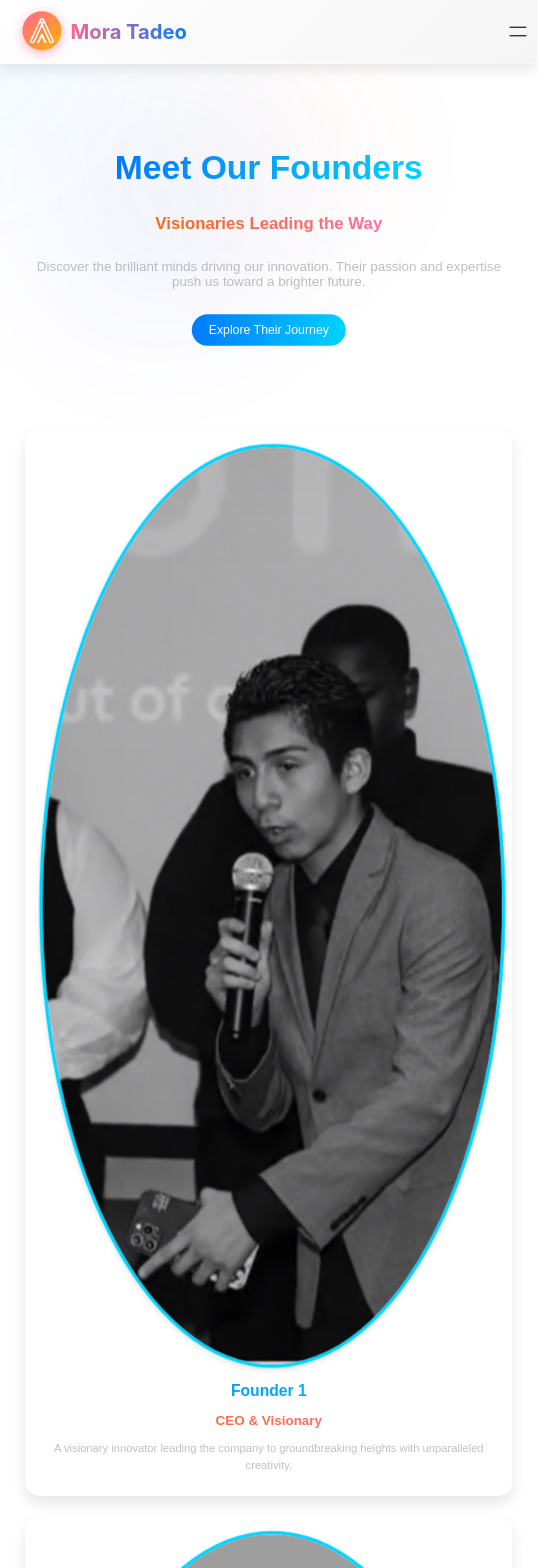
Repository: AbrahamM007/moratadeo
Page: /founders
The author's editor kept a copy of each file at every save. The page is drawn from the files as they stood at one save, then again after the next save.
The browser window is 768 px wide. The pictures show the part of the page from y = 0 to 2240 px (the page is 3731 px tall before and 1368 px after), at 70% of full size.
Pictures or frames that could not be fetched are drawn as grey boxes. The project was rebuilt for these pictures with package versions that can differ from the ones it lists, and the page was loaded fresh each time. Also part of the build but not shown: src/HeroSection.css, src/HeroSection.js, src/InfoSection.css, src/InfoSection.js, src/RoadmapSection.css, src/RoadmapSection.js, src/DesignPhaseSection.js, src/HeroBanner.js and 6 more.

Above is the page before, as saved 2025-01-12 22:40:52.

### public/index.html
<!DOCTYPE html>
<html lang="en">
  <head>
    <meta charset="utf-8" />
    <link rel="icon" href="mora.png" />
    <meta name="viewport" content="width=device-width, initial-scale=1" />
    <meta name="theme-color" content="#000000" />

    <link rel="apple-touch-icon" href="mora.png" />
    <link rel="manifest" href="%PUBLIC_URL%/manifest.json" />

    <!-- SEO Meta Tags -->
    <meta name="title" content="Mora Tadeo | Development Firm" />
    <meta name="description" content="Mora Tadeo is a leading development firm offering cutting-edge solutions in web development, app design, and technology innovation to elevate your business." />
    <meta name="keywords" content="development firm, web development, app design, Mora Tadeo, software solutions, technology innovation" />
    <meta name="author" content="Mora Tadeo" />
    <meta name="robots" content="index, follow" />
    <meta name="googlebot" content="index, follow" />

    <!-- Open Graph Meta Tags (for social sharing) -->
    <meta property="og:type" content="website" />
    <meta property="og:url" content="https://moratadeo.com" />
    <meta property="og:title" content="Mora Tadeo | Development Firm" />
    <meta property="og:description" content="Discover innovative web and app development solutions with Mora Tadeo. Your trusted partner in driving technology forward." />
    <meta property="og:image" content="https://moratadeo.com/preview-image.png" />
    <meta property="og:site_name" content="Mora Tadeo" />

    <!-- Twitter Card Meta Tags -->
    <meta name="twitter:card" content="summary_large_image" />
    <meta name="twitter:url" content="https://moratadeo.com" />
    <meta name="twitter:title" content="Mora Tadeo | Development Firm" />
    <meta name="twitter:description" content="Mora Tadeo offers state-of-the-art development services to bring your business ideas to life. Partner with us for tailored solutions." />
    <meta name="twitter:image" content="https://moratadeo.com/preview-image.png" />

    <!-- Additional Metadata -->
    <meta name="msapplication-TileColor" content="#ffffff" />
    <meta name="msapplication-config" content="%PUBLIC_URL%/browserconfig.xml" />

    <!-- Title -->
    <title>Mora Tadeo | Development Firm</title>
  </head>
  <body>
    <noscript>You need to enable JavaScript to run this app.</noscript>
    <div id="root"></div>
  </body>
</html>

### src/Navbar.css
/* Navbar Container */
.navbar {
    display: flex;
    justify-content: space-between;
    align-items: center;
    padding: 1rem 2rem;
    background: linear-gradient(135deg, #ffffff, #f5f5f5);
    box-shadow: 0 8px 20px rgba(0, 0, 0, 0.1);
    position: sticky;
    top: 0;
    z-index: 1000; /* Ensures navbar stays on top */
    transition: all 0.3s ease;
    border-bottom: 3px solid transparent;
  }

  /* Navbar on Scroll */
  .navbar.scrolled {
    background: #ffffff; /* Plain white background on scroll */
    box-shadow: 0 8px 25px rgba(0, 0, 0, 0.2);
    border-bottom: 3px solid #ddd; /* Subtle border for scroll effect */
    transform: scale(1.01);
  }

  /* Logo Link */
  .navbar-logo-link {
    display: flex;
    align-items: center;
    text-decoration: none; /* Removes underline */
    cursor: pointer;
  }

  /* Logo Container */
  .navbar-logo-container {
    display: flex;
    align-items: center;
    gap: 0.8rem;
  }

  /* Logo Icon */
  .navbar-logo-icon {
    display: flex;
    align-items: center;
    justify-content: center;
    background: linear-gradient(135deg, #ff6491, #ffb400);
    color: #fff;
    font-size: 2rem;
    font-weight: bold;
    height: 3.5rem;
    width: 3.5rem;
    border-radius: 50%;
    box-shadow: 0 4px 15px rgba(255, 100, 145, 0.5);
    transition: transform 0.3s ease;
  }

  .navbar-logo-icon:hover {
    transform: rotate(360deg) scale(1.1);
  }

  /* Logo Text */
  .navbar-logo-text {
    font-size: 1.8rem;
    font-weight: 700;
    color: #333;
    background: linear-gradient(90deg, #ff6491, #007bff);
    -webkit-background-clip: text;
    -webkit-text-fill-color: transparent;
  }

  /* Logo Hover Effect */
  .navbar-logo-link:hover .navbar-logo-container {
    transform: scale(1.05);
    transition: transform 0.3s ease;
  }

  /* Navbar Menu */
  .navbar-menu {
    display: flex;
    gap: 1.5rem;
    transition: transform 0.3s ease, opacity 0.3s ease;
  }

  /* Menu Links */
  .navbar-menu a {
    font-size: 1rem;
    font-weight: 500;
    text-decoration: none; /* Removes underline */
    color: #555;
    padding: 0.5rem 1rem;
    position: relative;
    transition: all 0.3s ease;
  }

  .navbar-menu a:hover {
    color: #ff6491;
  }

  .navbar-menu a::after {
    content: "";
    position: absolute;
    bottom: -5px;
    left: 0;
    width: 0;
    height: 3px;
    background: linear-gradient(90deg, #ff6491, #ffb400);
    transition: width 0.3s ease;
  }

  .navbar-menu a:hover::after {
    width: 100%;
  }

  /* Highlight Link */
  .navbar-highlight {
    font-weight: bold;
    padding: 0.8rem 1.5rem;
    color: #fff;
    background: linear-gradient(135deg, #ff6491, #ffb400);
    border-radius: 50px;
    box-shadow: 0 4px 15px rgba(255, 100, 145, 0.4);
    transition: transform 0.3s ease, background 0.3s ease;
  }

  .navbar-highlight:hover {
    transform: scale(1.1);
    background: linear-gradient(135deg, #ffb400, #ff6491);
  }

  /* Hamburger Menu */
  .navbar-toggle {
    display: none;
    background: none;
    border: none;
    cursor: pointer;
    padding: 0.5rem;
    z-index: 11;
  }

  .hamburger {
    width: 1.5rem;
    height: 2px;
    background: #333;
    position: relative;
    transition: all 0.3s ease;
  }

  .hamburger::before,
  .hamburger::after {
    content: "";
    width: 1.5rem;
    height: 2px;
    background: #333;
    position: absolute;
    left: 0;
    transition: all 0.3s ease;
  }

  .hamburger::before {
    top: -6px;
  }

  .hamburger::after {
    top: 6px;
  }

  .hamburger.open {
    background: transparent;
  }

  .hamburger.open::before {
    transform: rotate(45deg);
    top: 0;
  }

  .hamburger.open::after {
    transform: rotate(-45deg);
    top: 0;
  }
  .navbar-logo-image {
    height: 2.3rem; /* Adjust size to match your design */
    width: 2.3rem;
    /* border-radius: 50%; Optional: Make it circular */
    object-fit: cover; /* Ensures the image scales correctly */

    transition: transform 0.3s ease;
  }

  .navbar-logo-image:hover {
    transform: scale(1.1); /* Slight zoom on hover */
  }


  /* Responsive Menu */
  @media (max-width: 768px) {
    .navbar-menu {
      flex-direction: column;
      position: absolute;
      top: 100%;
      right: 0;
      background: linear-gradient(135deg, #ffffff, #f5f5f5);
      border-radius: 10px;
      box-shadow: 0 8px 20px rgba(0, 0, 0, 0.1);
      transform: translateY(-200%);
      opacity: 0;
      visibility: hidden;
      transition: transform 0.3s ease, opacity 0.3s ease, visibility 0.3s ease;
    }

    .navbar-menu.open {
      transform: translateY(0%);
      opacity: 1;
      visibility: visible;
    }

    .navbar-menu a {
      padding: 1rem;
      text-align: center;
    }

    .navbar-toggle {
      display: block;
    }
  }

### src/DesignPhaseSection.css


:root {
  --blue-color: #007bff;
  --orange-color: #ffb400;
  --gradient: linear-gradient(90deg, var(--blue-color), var(--orange-color));
  --bg-white: #ffffff;
  --line-color: rgba(0,0,0,0.1);
  --card-shadow: rgba(0, 0, 0, 0.1);
 }






 .single-phase-container {
  position: relative;
  width: 100%;
  height: 100vh;
  overflow: hidden;
 }


 /* Navigation Dots */
 .phase-navigation {
  position: absolute;
  bottom: 20px;
  left: 50%;
  transform: translateX(-50%);
  display: flex;
  gap: 15px;
  z-index: 3;
 }


 .nav-dot {
  width: 20px;
  height: 20px;
  border-radius: 50%;
  background: #fff;
  border: 3px solid var(--gradient);
  cursor: pointer;
  transition: transform 0.3s ease, background 0.3s ease;
 }


 .nav-dot.active {
  transform: scale(1.4);
  background: var(--gradient);
 }


 .nav-dot:hover {
  transform: scale(1.2);
 }


 /* Phase Section and Overlay */
 .phase-section {
  position: relative;
  width: 100vw;
  height: 100vh;

  display: flex;
  align-items: center;
  justify-content: center;
  overflow: hidden;
  transition: background 1s ease-in-out;
 }


 .phase-overlay {
  position: absolute;
  width: 120%;
  height: 120%;
  top: -10%;
  left: -10%;
  background: radial-gradient(circle, rgba(255,255,255,0.2), transparent);
  opacity: 0.5;
  pointer-events: none;
  animation: floatOverlay 20s ease-in-out infinite;
  z-index: 1;
 }


 @keyframes floatOverlay {
  0%, 100% { transform: translate(0, 0) rotate(0deg); }
  50% { transform: translate(20px, 20px) rotate(45deg); }
 }


 /* Phase Content with Shimmering Border */
 .phase-content {
  position: relative;
  z-index: 2;
  max-width: 600px;
  padding: 2rem;
  background: rgba(255,255,255,0.8);
  color: #333;
  border-radius: 15px;
  box-shadow: 0 10px 20px var(--card-shadow);
  text-align: center;
  opacity: 0;
  transform: translateY(20px);
  animation: contentFadeIn 1.5s forwards;
 }


 .phase-content::before {
  content: '';
  position: absolute;
  inset: 0;
  border-radius: inherit;
  background: var(--gradient);
  z-index: -1;
  filter: blur(15px);
  opacity: 0.6;
  transform: scale(1.1);
  animation: pulseBorder 3s ease-in-out infinite;
 }


 @keyframes pulseBorder {
  0%, 100% { filter: blur(15px); }
  50% { filter: blur(25px); }
 }


 @keyframes contentFadeIn {
  to { opacity: 1; transform: translateY(0); }
 }


 /* Icon and Text Styling */
 .icon {
  font-size: 4rem;
  margin-bottom: 1rem;
  background: var(--gradient);
  -webkit-background-clip: text;
  -webkit-text-fill-color: transparent;
  animation: spinIcon 10s linear infinite;
 }


 @keyframes spinIcon {
  from { transform: rotate(0deg); }
  to { transform: rotate(360deg); }
 }


 .phase-content h3 {
  font-size: 2rem;
  margin-bottom: 1rem;
  color: var(--blue-color);
 }


 .phase-content p {
  font-size: 1.2rem;
  line-height: 1.6;
  color: #333;
 }


 /* Unique abstract backgrounds and animations for each phase */
 .phase-0 {
  background: radial-gradient(circle at center, rgba(0,123,255,0.1), var(--bg-white)),
              radial-gradient(circle at bottom right, rgba(255,180,0,0.1), transparent);
  animation: bgAnim0 15s ease-in-out infinite;
 }
 .phase-1 {
  background: radial-gradient(circle at top left, rgba(0,123,255,0.1), transparent),
              radial-gradient(circle at bottom right, rgba(255,180,0,0.1), var(--bg-white));
  animation: bgAnim1 20s ease-in-out infinite;
 }
 .phase-2 {
  background: radial-gradient(circle at top right, rgba(0,123,255,0.1), transparent),
              radial-gradient(circle at bottom left, rgba(255,180,0,0.1), var(--bg-white));
  animation: bgAnim2 25s ease-in-out infinite;
 }
 .phase-3 {
  background: radial-gradient(circle at center, rgba(0,123,255,0.1), transparent),
              radial-gradient(circle at center, rgba(255,180,0,0.1), var(--bg-white));
  animation: bgAnim3 30s ease-in-out infinite;
 }


 @keyframes bgAnim0 {
  0%, 100% { background-position: 0% 0%, 100% 100%; }
  50% { background-position: 100% 0%, 0% 100%; }
 }
 @keyframes bgAnim1 {
  0%, 100% { background-position: 0% 100%, 100% 0%; }
  50% { background-position: 100% 100%, 0% 0%; }
 }
 @keyframes bgAnim2 {
  0%, 100% { background-position: 50% 50%, 50% 50%; }
  50% { background-position: 75% 25%, 25% 75%; }
 }
 @keyframes bgAnim3 {
  0%, 100% { background-position: 0% 0%, 100% 100%; }
  50% { background-position: 100% 0%, 0% 100%; }
 }


 /* Responsive adjustments */
 @media (max-width: 768px) {
  .phase-content { padding: 1.5rem; }
  .icon { font-size: 3.5rem; }
  .phase-content h3 { font-size: 1.8rem; }
  .phase-content p { font-size: 1rem; }
 }

### src/FoundersPage.css
/* General Page Styling */
.founders-page {
    font-family: "Arial", sans-serif;
    background: #ffffff;
    margin: 0;
    padding: 0;
    overflow-x: hidden;
  }

  /* Hero Section */
  .founders-hero {
    display: flex;
    flex-direction: column;
    align-items: center;
    justify-content: center;
    text-align: center;
    padding: 80px 20px;
    gap: 15px;
    position: relative;
  }

  .founders-hero-title {
    font-size: 4rem;
    font-weight: bold;
    line-height: 1.2;
    margin-bottom: 0;
    background: linear-gradient(90deg, #007bff, #00d4ff);
    -webkit-background-clip: text;
    -webkit-text-fill-color: transparent;
  }

  .founders-hero-subtitle {
    font-size: 2rem;
    font-weight: bold;
    line-height: 1.3;
    margin-bottom: 20px;
    background: linear-gradient(90deg, #ff6a00, #ff70a6);
    -webkit-background-clip: text;
    -webkit-text-fill-color: transparent;
  }

  .hero-paragraph {
    font-size: 1.2rem;
    max-width: 700px;
    margin: 0 auto;
    color: #c0c0c0;
  }

  .hero-button {
    font-size: 1.1rem;
    padding: 12px 24px;
    margin-top: 20px;
    background: linear-gradient(90deg, #007bff, #00d4ff);
    border: none;
    border-radius: 50px;
    color: #ffffff;
    cursor: pointer;
    transition: transform 0.2s, box-shadow 0.2s;
  }

  .hero-button:hover {
    transform: scale(1.05);
    box-shadow: 0px 10px 20px rgba(0, 0, 0, 0.15);
  }

  /* Abstract Shapes */
  .abstract-shape {
    position: absolute;
    z-index: 0;
    border-radius: 50%;
    opacity: 0.1;
  }

  .shape1 {
    width: 250px;
    height: 250px;
    background: linear-gradient(45deg, #007bff, #00d4ff);
    top: -40px;
    left: -60px;
  }

  .shape2 {
    width: 200px;
    height: 200px;
    background: linear-gradient(45deg, #ff6a00, #ff70a6);
    top: 25%;
    right: -50px;
  }

  .shape3 {
    width: 300px;
    height: 300px;
    background: linear-gradient(45deg, #00d4ff, #6a11cb);
    bottom: -70px;
    left: 30%;
  }

  /* Founders Section */
  .founders-container {
    display: flex;
    flex-wrap: wrap;
    justify-content: center;
    gap: 30px;
    padding: 40px 20px;
  }

  .founder-card {
    background: #ffffff;
    border-radius: 20px;
    box-shadow: 0px 10px 20px rgba(0, 0, 0, 0.1);
    overflow: hidden;
    transition: transform 0.2s ease, box-shadow 0.2s ease;
    text-align: center;
    width: 280px;
    padding: 20px;
  }

  .founder-card:hover {
    transform: translateY(-8px);
    box-shadow: 0px 20px 40px rgba(0, 0, 0, 0.15);
  }

  .founder-image-container {
    position: relative;
    width: 100%;
    padding-top: 100%; /* Aspect ratio of 1:1 */
    overflow: hidden;
  }

  .founder-image {
    position: absolute;
    top: 0;
    left: 0;
    width: 100%;
    height: 100%;
    object-fit: cover;
  }

  .founder-name {
    font-size: 1.4rem;
    font-weight: bold;
    margin-top: 15px;
    margin-bottom: 8px;
    background: linear-gradient(90deg, #007bff, #00d4ff);
    -webkit-background-clip: text;
    -webkit-text-fill-color: transparent;
  }

  .founder-title {
    font-size: 1.2rem;
    font-weight: bold;
    margin-bottom: 8px;
    background: linear-gradient(90deg, #ff6a00, #ff70a6);
    -webkit-background-clip: text;
    -webkit-text-fill-color: transparent;
  }

  .founder-bio {
    font-size: 1rem;
    line-height: 1.5;
    color: #c0c0c0;
    margin-bottom: 12px;
  }
  /* Founders Section */
.founders-container {
    display: flex;
    flex-wrap: wrap;
    justify-content: center;
    gap: 30px;
    padding: 40px 20px;
  }

  .founder-card {
    background: #ffffff;
    border-radius: 20px;
    box-shadow: 0px 10px 20px rgba(0, 0, 0, 0.1);
    overflow: hidden;
    transition: transform 0.2s ease, box-shadow 0.2s ease;
    text-align: center;
    width: 280px;
    padding: 20px;
  }

  .founder-card:hover {
    transform: translateY(-8px);
    box-shadow: 0px 20px 40px rgba(0, 0, 0, 0.15);
  }

  /* Founder Image Styling */
  .founder-image-container {
    position: relative;
    width: 100%;
    aspect-ratio: 1 / 1; /* Maintain a perfect square aspect ratio */
    overflow: hidden;
    border-radius: 50%; /* Circular shape */
    box-shadow: 0 4px 10px rgba(0, 0, 0, 0.1);
    margin-bottom: 20px;
    border: 5px solid #00d4ff; /* Stylish border */
  }

  .founder-image {
    width: 100%;
    height: 100%;
    object-fit: cover; /* Ensure the image fits well inside the circular container */
  }

  /* Text Styling */
  .founder-name {
    font-size: 1.4rem;
    font-weight: bold;
    margin-top: 10px;
    margin-bottom: 8px;
    background: linear-gradient(90deg, #007bff, #00d4ff);
    -webkit-background-clip: text;
    -webkit-text-fill-color: transparent;
  }

  .founder-title {
    font-size: 1.2rem;
    font-weight: bold;
    margin-bottom: 8px;
    background: linear-gradient(90deg, #ff6a00, #ff70a6);
    -webkit-background-clip: text;
    -webkit-text-fill-color: transparent;
  }

  .founder-bio {
    font-size: 1rem;
    line-height: 1.5;
    color: #c0c0c0;
    margin-bottom: 12px;
  }


  /* Responsive Design */
  @media (max-width: 768px) {
    .founders-hero-title {
      font-size: 3rem;
    }

    .founders-hero-subtitle {
      font-size: 1.5rem;
    }

    .founder-card {
      width: 90%;
    }
  }

Loaded but not shown: src/index.js (common file); src/index.css (common file); src/reportWebVitals.js (common file); src/FoundersPage.js (64 lines, source omitted); src/Navbar.js (61 lines, source omitted); src/App.js (54 lines, source omitted); src/ScrollToTop.js (14 lines, source omitted); src/FeaturesIndividualPage.css (460 lines, source omitted)

After the next save:
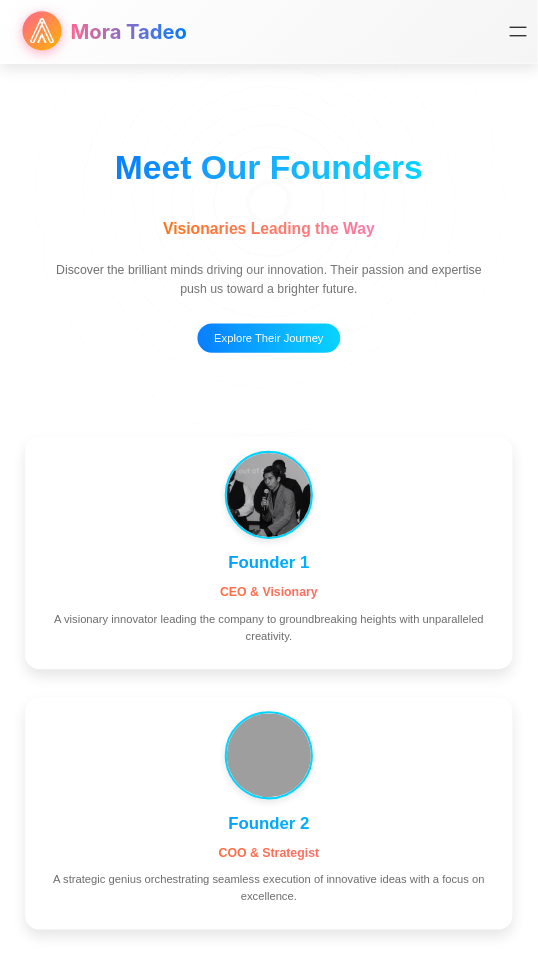
Saved 85 s later.
--- a/src/FoundersPage.css
+++ b/src/FoundersPage.css
@@ -20,34 +20,35 @@
   }
 
   .founders-hero-title {
-    font-size: 4rem;
+    font-size: 3.8rem;
     font-weight: bold;
     line-height: 1.2;
-    margin-bottom: 0;
+    margin-bottom: 10px;
     background: linear-gradient(90deg, #007bff, #00d4ff);
     -webkit-background-clip: text;
     -webkit-text-fill-color: transparent;
   }
 
   .founders-hero-subtitle {
-    font-size: 2rem;
+    font-size: 1.8rem;
     font-weight: bold;
     line-height: 1.3;
-    margin-bottom: 20px;
+    margin-bottom: 15px;
     background: linear-gradient(90deg, #ff6a00, #ff70a6);
     -webkit-background-clip: text;
     -webkit-text-fill-color: transparent;
   }
 
   .hero-paragraph {
-    font-size: 1.2rem;
-    max-width: 700px;
+    font-size: 1.1rem;
+    max-width: 650px;
     margin: 0 auto;
-    color: #c0c0c0;
+    color: #6d6d6d;
+    line-height: 1.6;
   }
 
   .hero-button {
-    font-size: 1.1rem;
+    font-size: 1rem;
     padding: 12px 24px;
     margin-top: 20px;
     background: linear-gradient(90deg, #007bff, #00d4ff);
@@ -63,44 +64,12 @@
     box-shadow: 0px 10px 20px rgba(0, 0, 0, 0.15);
   }
 
-  /* Abstract Shapes */
-  .abstract-shape {
-    position: absolute;
-    z-index: 0;
-    border-radius: 50%;
-    opacity: 0.1;
-  }
-
-  .shape1 {
-    width: 250px;
-    height: 250px;
-    background: linear-gradient(45deg, #007bff, #00d4ff);
-    top: -40px;
-    left: -60px;
-  }
-
-  .shape2 {
-    width: 200px;
-    height: 200px;
-    background: linear-gradient(45deg, #ff6a00, #ff70a6);
-    top: 25%;
-    right: -50px;
-  }
-
-  .shape3 {
-    width: 300px;
-    height: 300px;
-    background: linear-gradient(45deg, #00d4ff, #6a11cb);
-    bottom: -70px;
-    left: 30%;
-  }
-
   /* Founders Section */
   .founders-container {
     display: flex;
     flex-wrap: wrap;
     justify-content: center;
-    gap: 30px;
+    gap: 40px;
     padding: 40px 20px;
   }
 
@@ -109,75 +78,9 @@
     border-radius: 20px;
     box-shadow: 0px 10px 20px rgba(0, 0, 0, 0.1);
     overflow: hidden;
-    transition: transform 0.2s ease, box-shadow 0.2s ease;
+    transition: transform 0.3s ease, box-shadow 0.3s ease;
     text-align: center;
-    width: 280px;
-    padding: 20px;
-  }
-
-  .founder-card:hover {
-    transform: translateY(-8px);
-    box-shadow: 0px 20px 40px rgba(0, 0, 0, 0.15);
-  }
-
-  .founder-image-container {
-    position: relative;
-    width: 100%;
-    padding-top: 100%; /* Aspect ratio of 1:1 */
-    overflow: hidden;
-  }
-
-  .founder-image {
-    position: absolute;
-    top: 0;
-    left: 0;
-    width: 100%;
-    height: 100%;
-    object-fit: cover;
-  }
-
-  .founder-name {
-    font-size: 1.4rem;
-    font-weight: bold;
-    margin-top: 15px;
-    margin-bottom: 8px;
-    background: linear-gradient(90deg, #007bff, #00d4ff);
-    -webkit-background-clip: text;
-    -webkit-text-fill-color: transparent;
-  }
-
-  .founder-title {
-    font-size: 1.2rem;
-    font-weight: bold;
-    margin-bottom: 8px;
-    background: linear-gradient(90deg, #ff6a00, #ff70a6);
-    -webkit-background-clip: text;
-    -webkit-text-fill-color: transparent;
-  }
-
-  .founder-bio {
-    font-size: 1rem;
-    line-height: 1.5;
-    color: #c0c0c0;
-    margin-bottom: 12px;
-  }
-  /* Founders Section */
-.founders-container {
-    display: flex;
-    flex-wrap: wrap;
-    justify-content: center;
-    gap: 30px;
-    padding: 40px 20px;
-  }
-
-  .founder-card {
-    background: #ffffff;
-    border-radius: 20px;
-    box-shadow: 0px 10px 20px rgba(0, 0, 0, 0.1);
-    overflow: hidden;
-    transition: transform 0.2s ease, box-shadow 0.2s ease;
-    text-align: center;
-    width: 280px;
+    width: 300px;
     padding: 20px;
   }
 
@@ -189,13 +92,13 @@
   /* Founder Image Styling */
   .founder-image-container {
     position: relative;
-    width: 100%;
-    aspect-ratio: 1 / 1; /* Maintain a perfect square aspect ratio */
+    width: 120px;
+    height: 120px;
     overflow: hidden;
-    border-radius: 50%; /* Circular shape */
+    border-radius: 50%;
     box-shadow: 0 4px 10px rgba(0, 0, 0, 0.1);
-    margin-bottom: 20px;
-    border: 5px solid #00d4ff; /* Stylish border */
+    margin: 0 auto 20px;
+    border: 3px solid #00d4ff; /* Stylish border */
   }
 
   .founder-image {
@@ -206,17 +109,17 @@
 
   /* Text Styling */
   .founder-name {
-    font-size: 1.4rem;
+    font-size: 1.5rem;
     font-weight: bold;
     margin-top: 10px;
-    margin-bottom: 8px;
+    margin-bottom: 5px;
     background: linear-gradient(90deg, #007bff, #00d4ff);
     -webkit-background-clip: text;
     -webkit-text-fill-color: transparent;
   }
 
   .founder-title {
-    font-size: 1.2rem;
+    font-size: 1.1rem;
     font-weight: bold;
     margin-bottom: 8px;
     background: linear-gradient(90deg, #ff6a00, #ff70a6);
@@ -227,10 +130,10 @@
   .founder-bio {
     font-size: 1rem;
     line-height: 1.5;
-    color: #c0c0c0;
-    margin-bottom: 12px;
+    color: #6d6d6d;
+    margin-bottom: 15px;
+    padding: 0 10px;
   }
-
 
   /* Responsive Design */
   @media (max-width: 768px) {
@@ -239,7 +142,7 @@
     }
 
     .founders-hero-subtitle {
-      font-size: 1.5rem;
+      font-size: 1.4rem;
     }
 
     .founder-card {
